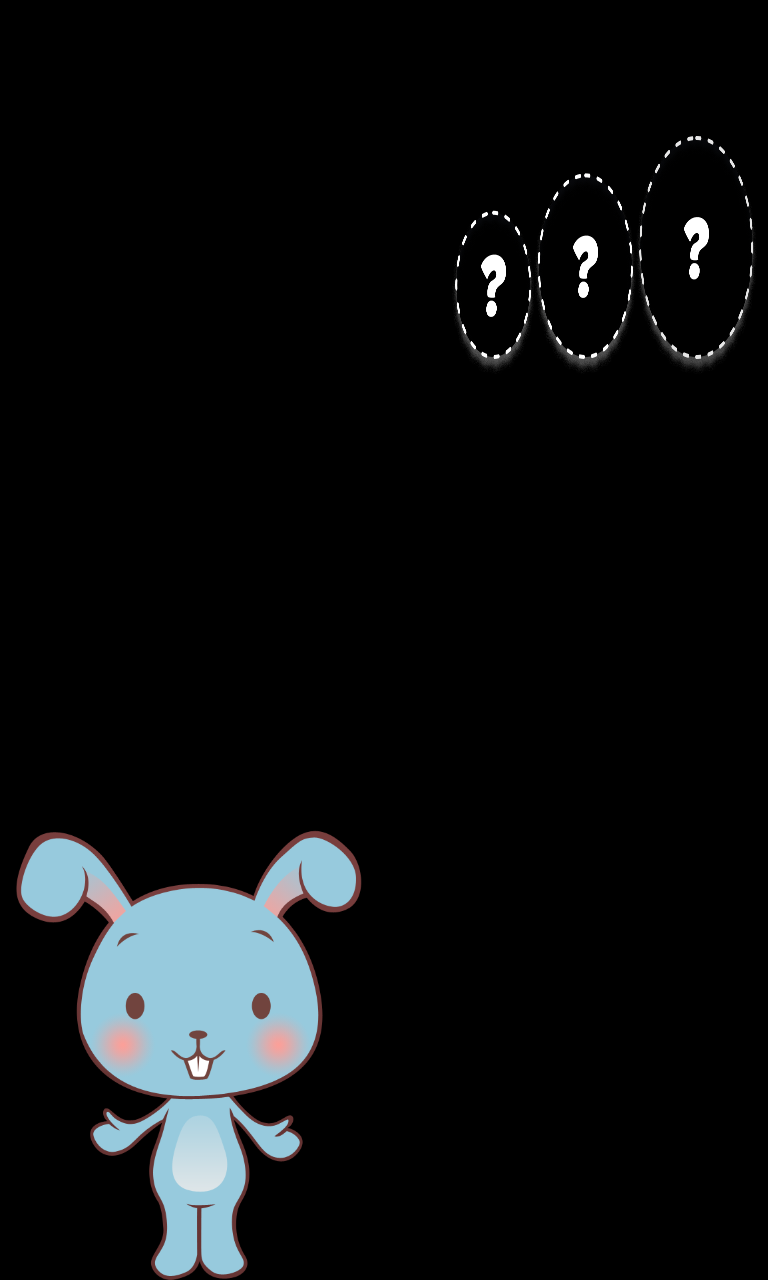
Repository: DimaPetrov/android
Layout: newapp/res/layout/puzzleback.xml
The author's editor kept a copy of each file at every save. The layout is drawn from the files as they stood at one save, then again after the next save.
It is drawn on a 768 x 1280 px phone screen (xhdpi) without system bars, with theme android:Theme.Black.NoTitleBar.Fullscreen; the app's code is not run.

Above is the layout before, as saved 2012-10-25 12:34:06.

### newapp/res/layout/puzzleback.xml
<RelativeLayout xmlns:tools="http://schemas.android.com/tools"
    android:id="@+id/Rlay2"
    android:layout_width="match_parent"
    android:layout_height="match_parent" xmlns:android="http://schemas.android.com/apk/res/android">
    <RelativeLayout
        android:id="@+id/backlay"
        android:layout_width="match_parent"
        android:layout_height="match_parent"
        android:layout_centerHorizontal="true"
        android:layout_centerVertical="true" >
    </RelativeLayout>

    <ImageView
        android:id="@+id/mainbox"
        android:layout_width="320dp"
        android:layout_height="128dp"
        android:layout_marginTop="64dp"
        android:layout_marginLeft="220dp"
        android:background="@drawable/p_games_sortslots"
        android:contentDescription="@string/nul" />
<ImageView
    android:id="@+id/imageView1"
    android:layout_width="191dp"
    android:layout_height="234dp"
    android:layout_alignParentBottom="true"
    android:layout_alignParentLeft="true"
    android:background="@drawable/p_games_characterdef"
    android:contentDescription="@string/nul"/>
</RelativeLayout>

### newapp/res/values/strings.xml
<resources>

    <string name="app_name">newapp</string>
    <string name="hello_world">Hello world!</string>
    <string name="menu_settings">Settings</string>
    <string name="title_activity_main">MainActivity</string>
    <string name="puzzle">START</string>
    <string name="nul">0</string>
    <string name="chr">Chronometer</string>
    <string name="g1">Game1</string>
    <string name="g2">Game2</string>
    <string name="g3">Game3</string>
    <string name="g4">Game4</string>

</resources>

After the next save:
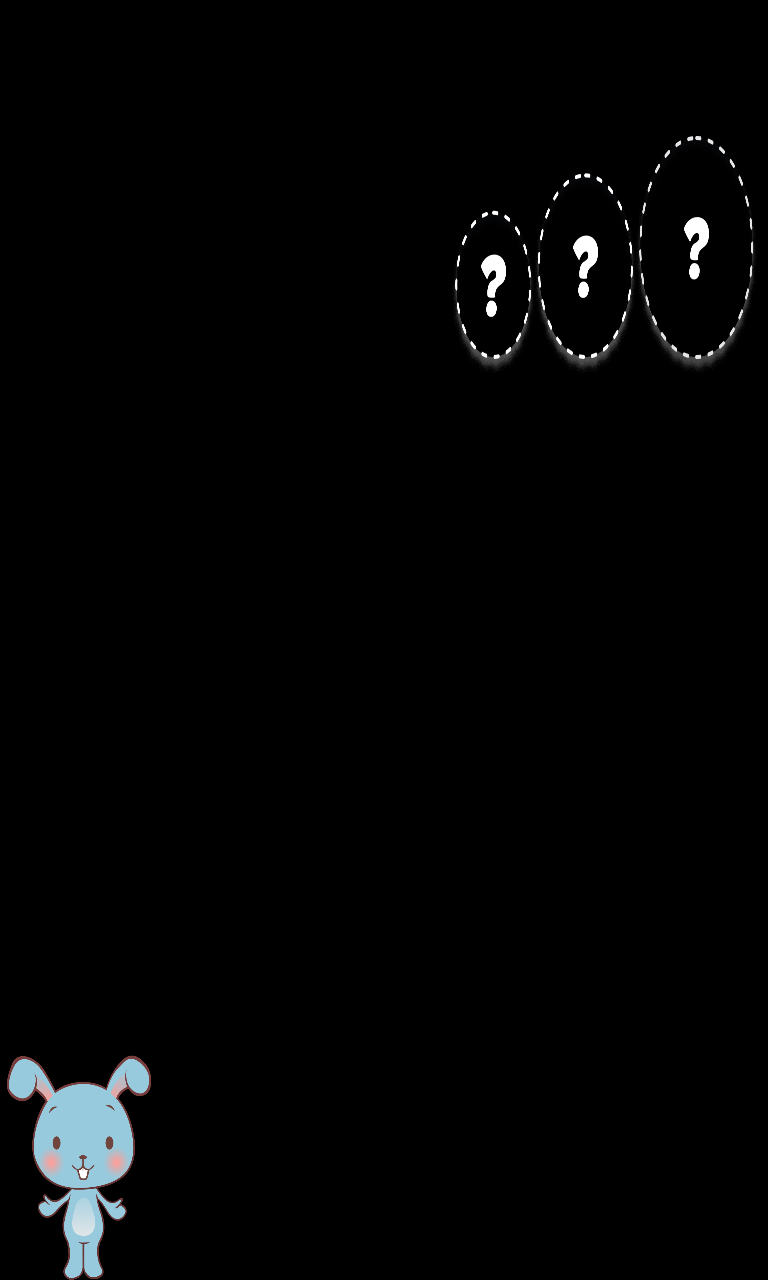
Saved 16 s later.
--- a/newapp/res/layout/puzzleback.xml
+++ b/newapp/res/layout/puzzleback.xml
@@ -20,8 +20,8 @@
         android:contentDescription="@string/nul" />
 <ImageView
     android:id="@+id/imageView1"
-    android:layout_width="191dp"
-    android:layout_height="234dp"
+    android:layout_width="80dp"
+    android:layout_height="117dp"
     android:layout_alignParentBottom="true"
     android:layout_alignParentLeft="true"
     android:background="@drawable/p_games_characterdef"
